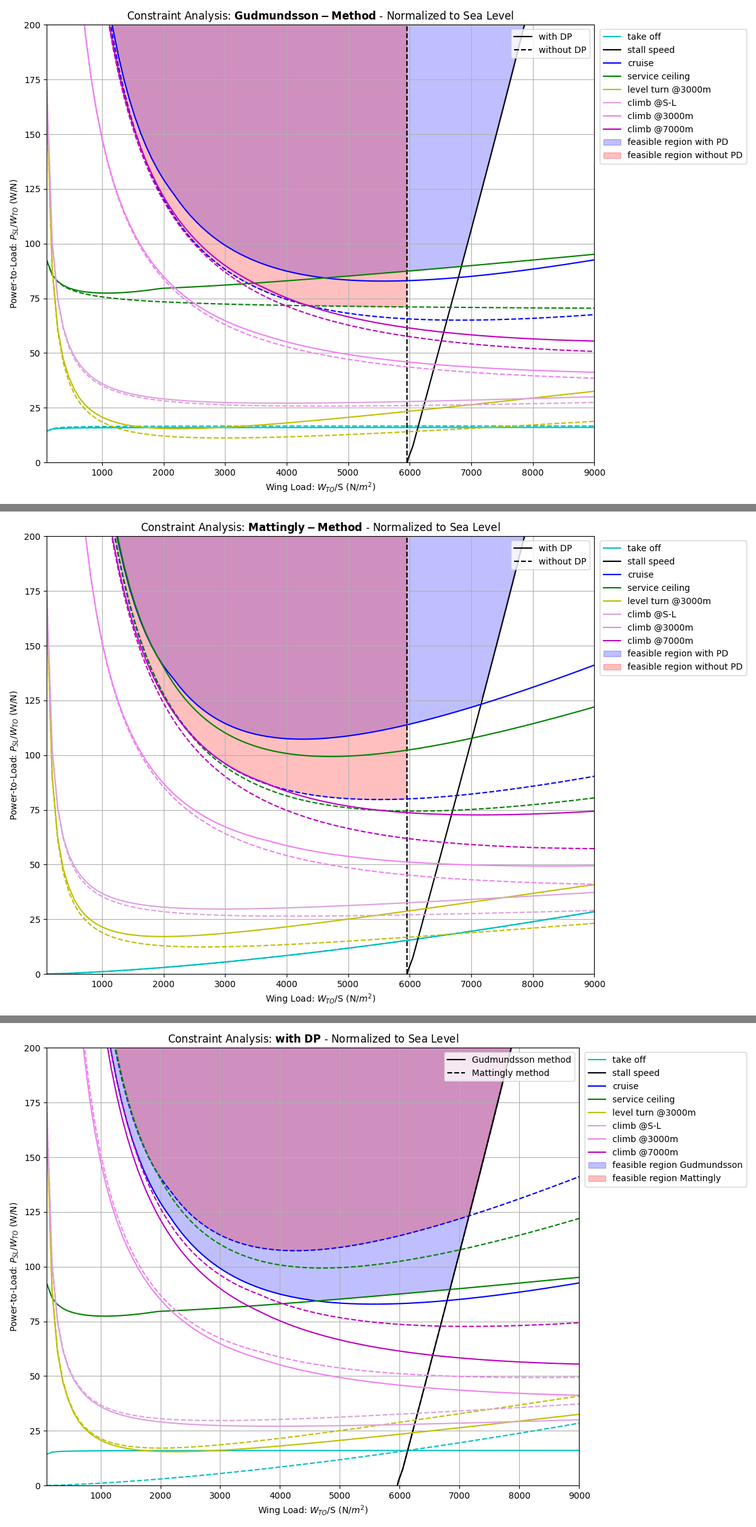
Repository: 12libao/DEA
Script's output: python Sizing_Method/ConstrainsAnalysis/ConstrainsAnalysisPD.py
An editor plug-in stored every save of this project. The script's output is shown before and after the next save, followed by the edit.
The pictures are shown at 63% of full size.
Each picture stacks the figures in order, with grey between them; figures that are only written to a file come last. Random numbers start from a fixed seed.

Above is the script's output before, as saved 2021-07-12 15:44:16.

### Sizing_Method/ConstrainsAnalysis/ConstrainsAnalysisPD.py
# author: Bao Li #
# Georgia Institute of Technology #
import sys
import os

sys.path.insert(0, os.getcwd())

import numpy as np
import matplotlib.pylab as plt
import Sizing_Method.Other.US_Standard_Atmosphere_1976 as atm
import Sizing_Method.Aerodynamics.ThrustLapse as thrust_lapse
import Sizing_Method.Aerodynamics.Aerodynamics as ad
import Sizing_Method.ConstrainsAnalysis.ConstrainsAnalysis as ca

"""
The unit use is IS standard
"""
class ConstrainsAnalysis_Mattingly_Method_with_DP:
    """This is a power-based master constraints analysis"""

    def __init__(self, altitude, velocity, beta, wing_load, Hp=0.5, number_of_motor=12, tau=1, C_DR=0):
        """

        :param tau: power fraction of i_th power path
        :param beta: weight fraction
        :param Hp: P_motor/P_total
        :param n: number of motor
        :param K1: drag polar coefficient for 2nd order term
        :param K2: drag polar coefficient for 1st order term
        :param C_D0: the drag coefficient at zero lift
        :param C_DR: additional drag caused, for example, by external stores,
        braking parachutes or flaps, or temporary external hardware

        :return:
            power load: P_WTO
        """

        self.h = altitude
        self.v = velocity
        self.rho = atm.atmosphere(geometric_altitude=self.h).density()

        self.tau = tau
        self.beta = beta
        self.hp = 1 - Hp
        self.n = number_of_motor

        # power lapse ratio
        self.alpha = thrust_lapse.thrust_lapse_calculation(altitude=self.h,
                                                           velocity=self.v).high_bypass_ratio_turbofan()

        self.k1 = ad.aerodynamics_without_pd(self.h, self.v).K1()
        self.k2 = ad.aerodynamics_without_pd(self.h, self.v).K2()
        self.cd0 = ad.aerodynamics_without_pd(self.h, self.v).CD_0()
        self.cdr = C_DR

        self.w_s = wing_load
        self.g0 = 9.80665

        self.coefficient = self.tau * self.beta * self.v / self.alpha

        # Estimation of ΔCL and ΔCD
        pd = ad.aerodynamics_with_pd(self.h, self.v, Hp=self.hp, n=n, W_S=self.w_s)
        self.q = 0.5 * self.rho * self.v ** 2
        self.cl = self.beta * self.w_s / self.q
        # print(self.cl)
        self.delta_cl = pd.delta_lift_coefficient(self.cl)
        self.delta_cd0 = pd.delta_CD_0()

    def master_equation(self, n, dh_dt, dV_dt):
        cl = self.cl * n + self.delta_cl

        cd = self.k1 * cl ** 2 + self.k2 * cl + self.cd0 + self.cdr + self.delta_cd0
        p_w = self.coefficient * (self.q / (self.beta * self.w_s) * cd + dh_dt / self.v + dV_dt / self.g0)
        return p_w

    def cruise(self):
        p_w = ConstrainsAnalysis_Mattingly_Method_with_DP.master_equation(self, n=1, dh_dt=0, dV_dt=0)
        return p_w

    def climb(self, roc):
        p_w = ConstrainsAnalysis_Mattingly_Method_with_DP.master_equation(self, n=1, dh_dt=roc, dV_dt=0)
        return p_w

    def level_turn(self, turn_rate=3, v=100):
        """
        assume 2 min for 360 degree turn, which is 3 degree/seconds
        assume turn at 300 knots, which is about 150 m/s
        """
        load_factor = (1 + ((turn_rate * np.pi / 180) * v / self.g0) ** 2) ** 0.5
        p_w = ConstrainsAnalysis_Mattingly_Method_with_DP.master_equation(self, n=load_factor, dh_dt=0, dV_dt=0)
        return p_w

    def take_off(self):
        """
        A320neo take-off speed is about 150 knots, which is about 75 m/s
        required runway length is about 2000 m
        K_TO is a constant greater than one set to 1.2 (generally specified by appropriate flying regulations)
        """
        Cl_max_to = 2.3  # 2.3
        K_TO = 1.2  # V_TO / V_stall
        s_G = 1266
        p_w = 2 / 3 * self.coefficient / self.v * self.beta * K_TO ** 2 / (
                    s_G * self.rho * self.g0 * Cl_max_to) * self.w_s ** (
                      3 / 2)
        return p_w

    def stall_speed(self, V_stall_to=65, Cl_max_to=2.3):
        V_stall_ld = 62

        Cl_max_ld = 2.87

        W_S_1 = 1 / 2 * self.rho * V_stall_to ** 2 * (Cl_max_to + self.delta_cl)
        W_S_2 = 1 / 2 * self.rho * V_stall_ld ** 2 * (Cl_max_ld + self.delta_cl)

        W_S = min(W_S_1, W_S_2)
        return W_S

    def service_ceiling(self, roc=0.5):
        p_w = ConstrainsAnalysis_Mattingly_Method_with_DP.master_equation(self, n=1, dh_dt=roc, dV_dt=0)
        return p_w

    allFuncs = [take_off, stall_speed, cruise, service_ceiling, level_turn, climb]


class ConstrainsAnalysis_Gudmundsson_Method_with_DP:
    """This is a power-based master constraints analysis based on Gudmundsson_method"""

    def __init__(self, altitude, velocity, beta, wing_load, Hp=0.5, number_of_motor=12, tau=1, e=0.75, AR=10.3):
        """

        :param tau: power fraction of i_th power path
        :param beta: weight fraction
        :param e: wing planform efficiency factor is between 0.75 and 0.85, no more than 1
        :param AR: wing aspect ratio, normally between 7 and 10

        :return:
            power load: P_WTO
        """

        self.h = altitude
        self.v = velocity
        self.tau = tau
        self.beta = beta
        self.w_s = wing_load
        self.g0 = 9.80665

        self.beta = beta
        self.hp = 1 - Hp
        self.n = number_of_motor

        self.rho = atm.atmosphere(geometric_altitude=self.h).density()

        # power lapse ratio
        self.alpha = thrust_lapse.thrust_lapse_calculation(altitude=self.h,
                                                           velocity=self.v).high_bypass_ratio_turbofan()
        h = 2.43  # height of winglets
        b = 35.8
        ar_corr = AR * (1 + 1.9 * h / b)  # equation 9-88, If the wing has winglets the aspect ratio should be corrected
        self.k = 1 / (np.pi * ar_corr * e)
        self.coefficient = self.tau * self.beta * self.v / self.alpha

        # Estimation of ΔCL and ΔCD
        pd = ad.aerodynamics_with_pd(self.h, self.v, Hp=self.hp, n=n, W_S=self.w_s)
        self.q = 0.5 * self.rho * self.v ** 2
        cl = self.beta * self.w_s / self.q
        self.delta_cl = pd.delta_lift_coefficient(cl)
        self.delta_cd0 = pd.delta_CD_0()

        # TABLE 3-1 Typical Aerodynamic Characteristics of Selected Classes of Aircraft
        cd_min = 0.02
        cd_to = 0.03
        cl_to = 0.8

        self.v_to = 68
        self.s_g = 1480
        self.mu = 0.04

        self.cd_min = cd_min + self.delta_cd0
        self.cl = cl + self.delta_cl

        self.cd_to = cd_to + self.delta_cd0
        self.cl_to = cl_to + self.delta_cl

    def cruise(self):
        p_w = self.q / self.w_s * (self.cd_min + self.k * self.cl ** 2)
        return p_w * self.coefficient

    def climb(self, roc):
        p_w = roc / self.v + self.q * self.cd_min / self.w_s + self.k * self.cl
        return p_w * self.coefficient

    def level_turn(self, turn_rate=3, v=100):
        """
        assume 2 min for 360 degree turn, which is 3 degree/seconds
        assume turn at 100 m/s
        """
        load_factor = (1 + ((turn_rate * np.pi / 180) * v / self.g0) ** 2) ** 0.5
        q = 0.5 * self.rho * v ** 2
        p_w = q / self.w_s * (self.cd_min + self.k * (load_factor / q * self.w_s + self.delta_cl) ** 2)
        return p_w * self.coefficient

    def take_off(self):
        q = self.q / 2
        p_w = self.v_to ** 2 / (2 * self.g0 * self.s_g) + q * self.cd_to / self.w_s + self.mu * (
                1 - q * self.cl_to / self.w_s)
        return p_w * self.coefficient

    def service_ceiling(self, roc=0.5):
        vy = (2 / self.rho * self.w_s * (self.k / (3 * self.cd_min)) ** 0.5) ** 0.5
        q = 0.5 * self.rho * vy ** 2
        p_w = roc / vy + q / self.w_s * (self.cd_min + self.k * (self.w_s / q + self.delta_cl) ** 2)
        # p_w = roc / (2 / self.rho * self.w_s * (self.k / (3 * self.cd_min)) ** 0.5) ** 0.5 + 4 * (
        #         self.k * self.cd_min / 3) ** 0.5
        return p_w * self.coefficient

    def stall_speed(self, V_stall_to=65, Cl_max_to=2.3):
        V_stall_ld = 62

        Cl_max_ld = 2.87

        W_S_1 = 1 / 2 * self.rho * V_stall_to ** 2 * (Cl_max_to + self.delta_cl)
        W_S_2 = 1 / 2 * self.rho * V_stall_ld ** 2 * (Cl_max_ld + self.delta_cl)

        W_S = min(W_S_1, W_S_2)
        return W_S

    allFuncs = [take_off, stall_speed, cruise, service_ceiling, level_turn, climb]


if __name__ == "__main__":
    n = 100
    w_s = np.linspace(100, 9000, n)
    constrains_name = ['take off', 'stall speed', 'cruise', 'service ceiling', 'level turn @3000m',
                       'climb @S-L', 'climb @3000m', 'climb @7000m']
    constrains = np.array([[0, 68, 0.988], [0, 80, 1], [11300, 230, 0.948],
                           [11900, 230, 0.78], [3000, 100, 0.984], [0, 100, 0.984],
                           [3000, 200, 0.975], [7000, 230, 0.96]])
    color = ['c', 'k', 'b', 'g', 'y', 'plum', 'violet', 'm']
    label = ['feasible region with PD', 'feasible region with PD', 'feasible region Gudmundsson',
             'feasible region without PD', 'feasible region without PD', 'feasible region Mattingly']
    m = constrains.shape[0]
    p_w = np.zeros([2 * m, n])

    for k in range(3):
        plt.figure(figsize=(12, 8))
        for i in range(m):
            for j in range(n):
                h = constrains[i, 0]
                v = constrains[i, 1]
                beta = constrains[i, 2]

                if k == 0:
                    problem1 = ConstrainsAnalysis_Gudmundsson_Method_with_DP(h, v, beta, w_s[j])
                    problem2 = ca.ConstrainsAnalysis_Gudmundsson_Method(h, v, beta, w_s[j])
                    plt.title(r'Constraint Analysis: $\bf{Gudmundsson-Method}$ - Normalized to Sea Level')
                elif k == 1:
                    problem1 = ConstrainsAnalysis_Mattingly_Method_with_DP(h, v, beta, w_s[j])
                    problem2 = ca.ConstrainsAnalysis_Mattingly_Method(h, v, beta, w_s[j])
                    plt.title(r'Constraint Analysis: $\bf{Mattingly-Method}$ - Normalized to Sea Level')
                else:
                    problem1 = ConstrainsAnalysis_Gudmundsson_Method_with_DP(h, v, beta, w_s[j])
                    problem2 = ConstrainsAnalysis_Mattingly_Method_with_DP(h, v, beta, w_s[j])
                    plt.title(r'Constraint Analysis: $\bf{with}$ $\bf{DP}$ - Normalized to Sea Level')

                if i >= 5:
                    p_w[i, j] = problem1.allFuncs[-1](problem1, roc=15 - 5 * (i - 5))
                    p_w[i + m, j] = problem2.allFuncs[-1](problem2, roc=15 - 5 * (i - 5))
                else:
                    p_w[i, j] = problem1.allFuncs[i](problem1)
                    p_w[i + m, j] = problem2.allFuncs[i](problem2)

            if i == 1:
                l1a, = plt.plot(p_w[i, :], np.linspace(0, 250, n), color=color[i], label=constrains_name[i])
                l1b, = plt.plot(p_w[i + m, :], np.linspace(0, 250, n), color=color[i], linestyle='--')

                if k != 2:
                    l1 = plt.legend([l1a, l1b], ['with DP', 'without DP'], loc="upper right")
                else:
                    l1 = plt.legend([l1a, l1b], ['Gudmundsson method', 'Mattingly method'], loc="upper right")

            else:
                plt.plot(w_s, p_w[i, :], color=color[i], label=constrains_name[i])
                plt.plot(w_s, p_w[i + m, :], color=color[i], linestyle='--')

        p_w[1, :] = 200 / (p_w[1, -1] - p_w[1, 20]) * (w_s - p_w[1, 2])

        if k != 2:
            p_w[1 + m, :] = 10 ** 10 * (w_s - p_w[1 + m, 2])
        else:
            p_w[1 + m, :] = 200 / (p_w[1 + m, -1] - p_w[1 + m, 20]) * (w_s - p_w[1 + m, 2])

        plt.fill_between(w_s, np.amax(p_w[0:m - 1, :], axis=0), 200, color='b', alpha=0.25,
                         label=label[k])
        plt.fill_between(w_s, np.amax(p_w[m:2 * m - 1, :], axis=0), 200, color='r', alpha=0.25,
                         label=label[k + 3])
        plt.xlabel('Wing Load: $W_{TO}$/S (N/${m^2}$)')
        plt.ylabel('Power-to-Load: $P_{SL}$/$W_{TO}$ (W/N)')
        plt.legend(bbox_to_anchor=(1.002, 1), loc="upper left")
        plt.gca().add_artist(l1)
        plt.xlim(100, 9000)
        plt.ylim(0, 200)
        plt.tight_layout()
        plt.grid()
        plt.show()

### Sizing_Method/Other/US_Standard_Atmosphere_1976.py
# author: Bao Li #
# Georgia Institute of Technology #
"""Reference:

1: U.S. Standard Atmosphere, 1976, U.S. Government Printing Office, Washington, D.C., 1976.
2: Mattingly, Jack D., William H. Heiser, and David T. Pratt. Aircraft engine design. American Institute of Aeronautics and Astronautics, 2002.
3: https://en.wikipedia.org/wiki/U.S._Standard_Atmosphere
4: https://en.wikipedia.org/wiki/Barometric_formula
"""

import numpy as np
import matplotlib.pylab as plt


class atmosphere:
    """this is the U.S. Standard Atmosphere 1976 based on the Barometric formula

    1: All of the following is limited to geometric altitudes below 86 km
    2: SI Units
    """

    def __init__(self, geometric_altitude):
        """
        :input h (m): geometric altitude

        :output P (Pa = N/m^2): pressure
                T (K): temperature
                rho (kg/m^3): density
                a (m/s): sound speed

                delta: dimensionless static pressure = P/P0
                theta: dimensionless static temperature = T/T0
                sigma: dimensionless static density = rho/rho0
        """

        # input:
        self.h = geometric_altitude

        # constant:
        self.r0 = 6356577.0  # the earth's radius (m)
        self.R_star = 8.3144598  # universal gas constant (J/mol.K)
        self.g0 = 9.80665  # gravitational acceleration (m/s^2)
        self.M = 0.0289644  # molar mass of Earth's air (kg/mol)

        # sea level (standard)
        self.T0 = 288.15  # sea level temperature (K)
        self.P0 = 101325  # sea level pressure (N/m^2)
        self.rho0 = 1.225  # sea level density (kg/m^3)
        self.a0 = 340.3  # sea level sound speed (m/s)

        # temperature lapse rate (K/m)
        self.lapse_rate = np.array([-0.0065, 0.0, 0.001, 0.0028, 0.0, -0.0028, -0.002])
        # height above sea level for each lapse rate (m)
        self.zi = np.array([0.0, 11000.0, 20000.0, 32000.0, 47000.0, 51000.0, 71000.0, 84853.0])
        # number of piecewise linear curve-fit
        self.n = len(self.lapse_rate)

    def geo_potential_altitude(self):
        z = self.r0 * self.h / (self.r0 + self.h)

        # decide the number of piecewise linear curve-fit
        i = 0
        while self.zi[i] < z:
            i = i + 1

        if i != 0:
            i = i - 1
        return z, i

    def ti(self):
        Ti = np.zeros(self.n)
        Ti[0] = self.T0

        for i in range(self.n - 1):
            Ti[i + 1] = Ti[i] + self.lapse_rate[i] * (self.zi[i + 1] - self.zi[i])
        return Ti

    def temperature(self):
        z, i = atmosphere.geo_potential_altitude(self)
        Ti = atmosphere.ti(self)
        T = Ti[i] + self.lapse_rate[i] * (z - self.zi[i])
        return T

    def pressure(self):
        Ti = atmosphere.ti(self)
        Pi = np.zeros(self.n)
        Pi[0] = self.P0

        for i in range(self.n - 1):
            if self.lapse_rate[i] != 0:
                Pi[i + 1] = Pi[i] * (Ti[i] / Ti[i + 1]) ** (self.g0 * self.M / (self.R_star * self.lapse_rate[i]))
            else:
                Pi[i + 1] = Pi[i] * np.exp(-self.g0 * self.M * (self.zi[i + 1] - self.zi[i]) / (self.R_star * Ti[i]))

        z, i = atmosphere.geo_potential_altitude(self)
        T = atmosphere.temperature(self)

        if self.lapse_rate[i] != 0:
            P = Pi[i] * (Ti[i] / T) ** (self.g0 * self.M / (self.R_star * self.lapse_rate[i]))
        else:
            P = Pi[i] * np.exp(-self.g0 * self.M * (z - self.zi[i]) / (self.R_star * Ti[i]))
        return P

    def density(self):
        P = atmosphere.pressure(self)
        T = atmosphere.temperature(self)
        rho = P * self.M / (self.R_star * T)
        return rho

    def sound_speed(self):
        T = atmosphere.temperature(self)
        a = self.a0 * (T / self.T0) ** 0.5
        return a

    def dimensionless_static_pressure(self):
        P = atmosphere.pressure(self)
        delta = P / self.P0
        return delta

    def dimensionless_static_temperature(self):
        T = atmosphere.temperature(self)
        theta = T / self.T0
        return theta

    def dimensionless_static_density(self):
        rho = atmosphere.density(self)
        sigma = rho / self.rho0
        return sigma


if __name__ == '__main__':
    nn = 1000

    h = np.linspace(0, 86000, nn)
    T = np.zeros(nn)
    P = np.zeros(nn)
    rho = np.zeros(nn)
    a = np.zeros(nn)

    for i in range(nn):
        prob = atmosphere(geometric_altitude=h[i])
        T[i] = prob.temperature()
        P[i] = prob.pressure()
        rho[i] = prob.density()
        a[i] = prob.sound_speed()

    fig, ax = plt.subplots(1, 4, figsize=(12, 10))
    st = fig.suptitle("U.S. STANDARD ATMOSPHERE (1976)", fontsize=20)

    ax[0].plot(T, h / 1000, 'b-', linewidth=1.5, label='cruise')
    ax[0].set_xlabel('Temperature: T (K)')
    ax[0].set_ylabel('Altitude: h (km)')

    ax[1].plot(a, h / 1000, 'y-', linewidth=1.5, label='turn')
    ax[1].set_xlabel('Sound Speed: a (m/s)')

    ax[2].plot(P, h / 1000, 'k-', linewidth=1.5, label='constant speed climb')
    ax[2].set_xlabel('Pressure: P (N/${m^2}$)')

    ax[3].plot(rho, h / 1000, 'g-', linewidth=1.5, label='turn')
    ax[3].set_xlabel('Density: rho (Kg/${m^3}$)')

    # shift subplots down:
    st.set_y(0.96)
    fig.subplots_adjust(top=0.90)
    plt.show()

### Sizing_Method/Aerodynamics/ThrustLapse.py
# author: Bao Li #
# Georgia Institute of Technology #
"""reference

1. Mattingly, Jack D., William H. Heiser, and David T. Pratt. Aircraft engine design. American Institute of Aeronautics and Astronautics, 2002.
"""
import sys
import os

sys.path.insert(0, os.getcwd())

import numpy as np
import matplotlib.pylab as plt
import Sizing_Method.Other.US_Standard_Atmosphere_1976 as atm
import Sizing_Method.Aerodynamics.MachNmuber as Mach


class thrust_lapse_calculation:
    """Estimation for installation losses

    1. The following algebraic equations for installed engine thrust lapse
        are based on the expected performance of advanced engines
    """

    def __init__(self, altitude, velocity):
        """

        :input h (m): altitude
               v (m/s): velocity


        :output thrust_lapse (alpha): thrust lapse ratio
        """

        self.h = altitude
        self.v = velocity

        self.gamma = 1.4  # Ratio of Specific Heats: atmospheric air ( gamma = 1.4)
        self.atoms = atm.atmosphere(self.h)
        self.M = Mach.mach(self.h, self.v).mach_number()

        self.theta = self.atoms.dimensionless_static_temperature()  # dimensionless static temperature
        self.delta = self.atoms.dimensionless_static_pressure()  # dimensionless static pressure

        self.theta_0_break = 1.072  # The Theta Break: assume = 1.0 (from reference 1: Mattingly)
        self.TR = self.theta_0_break  # The Throttle Ratio (from Equation D.6 reference 1: Mattingly)

        self.theta_0 = self.theta * (1 + 0.5 * (self.gamma - 1) * self.M ** 2)
        self.delta_0 = self.delta * (1 + 0.5 * (self.gamma - 1) * self.M ** 2) ** (self.gamma / (self.gamma - 1))

    def high_bypass_ratio_turbofan(self):
        """the engine for A320neo is a high bypass ratio turbofan

        from Equation 2.53 reference 1: Mattingly
        """

        if self.theta_0 <= self.TR:
            thrust_lapse = self.delta_0 * (1 - 0.49 * self.M ** 0.5)
        else:
            thrust_lapse = self.delta_0 * (1 - 0.49 * self.M ** 0.5 - 3 * (self.theta_0 - self.TR) / (1.5 + self.M))

        return thrust_lapse


if __name__ == '__main__':
    nn = 100
    h = [0, 500, 3000, 6000, 9000, 12000]
    v = np.linspace(0, 340, nn)
    m = np.zeros([len(h), nn])
    thrust_lapse = np.zeros([len(h), nn])

    for i in range(len(h)):
        for j in range(nn):
            m[i, j] = Mach.mach(h[i], v[j]).mach_number()
            thrust_lapse[i, j] = thrust_lapse_calculation(h[i], v[j]).high_bypass_ratio_turbofan()

    plt.figure(figsize=(8, 6))

    for i in range(len(h)):
        plt.plot(m[i, :], thrust_lapse[i, :], label=h[i])

    plt.xlabel('Mach Number')
    plt.ylabel('Thrust Ratio, T/$T_{SL}$')
    plt.title('High Bypass Turbofan Thrust Ratio versus Mach Number \n'
              'Throttle Ratio = 1.072, ISA. \n'
              'Altitude unit: meter')
    plt.xlim(0, 1)
    plt.ylim(0, 1.2)
    plt.legend(loc=0)
    plt.grid()
    plt.show()

### Sizing_Method/Aerodynamics/MachNmuber.py
# author: Bao Li #
# Georgia Institute of Technology #
import sys
import os

sys.path.insert(0, os.getcwd())

import numpy as np
import matplotlib.pylab as plt
import Sizing_Method.Other.US_Standard_Atmosphere_1976 as atm


class mach:
    """Mach Number"""

    def __init__(self, altitude, velocity):
        """

        :input h (m): altitude
               v (m/s): velocity

        :output a: Mach number
        """
        self.h = altitude
        self.v = velocity
        self.atoms = atm.atmosphere(self.h)

    def mach_number(self):
        a = self.v / self.atoms.sound_speed()
        return a

Loaded but not shown: Sizing_Method/ConstrainsAnalysis/ConstrainsAnalysis.py (274 lines, source omitted); Sizing_Method/Aerodynamics/Aerodynamics.py (174 lines, source omitted)

After the next save:
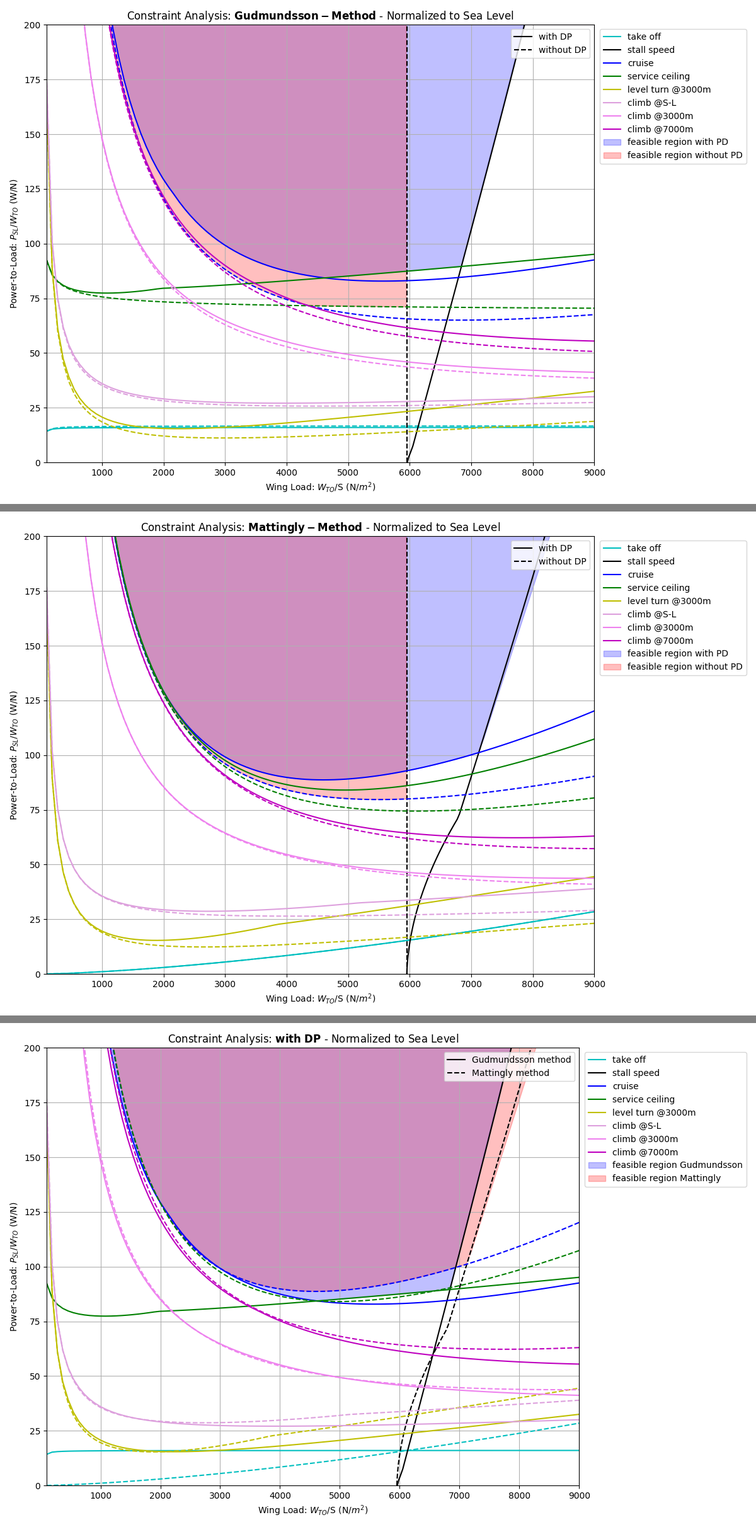
Saved 90 s later.
--- a/Sizing_Method/ConstrainsAnalysis/ConstrainsAnalysisPD.py
+++ b/Sizing_Method/ConstrainsAnalysis/ConstrainsAnalysisPD.py
@@ -59,7 +59,7 @@ class ConstrainsAnalysis_Mattingly_Method_with_DP:
         self.coefficient = self.tau * self.beta * self.v / self.alpha
 
         # Estimation of ΔCL and ΔCD
-        pd = ad.aerodynamics_with_pd(self.h, self.v, Hp=self.hp, n=n, W_S=self.w_s)
+        pd = ad.aerodynamics_with_pd(self.h, self.v, Hp=self.hp, n=self.n, W_S=self.w_s)
         self.q = 0.5 * self.rho * self.v ** 2
         self.cl = self.beta * self.w_s / self.q
         # print(self.cl)
